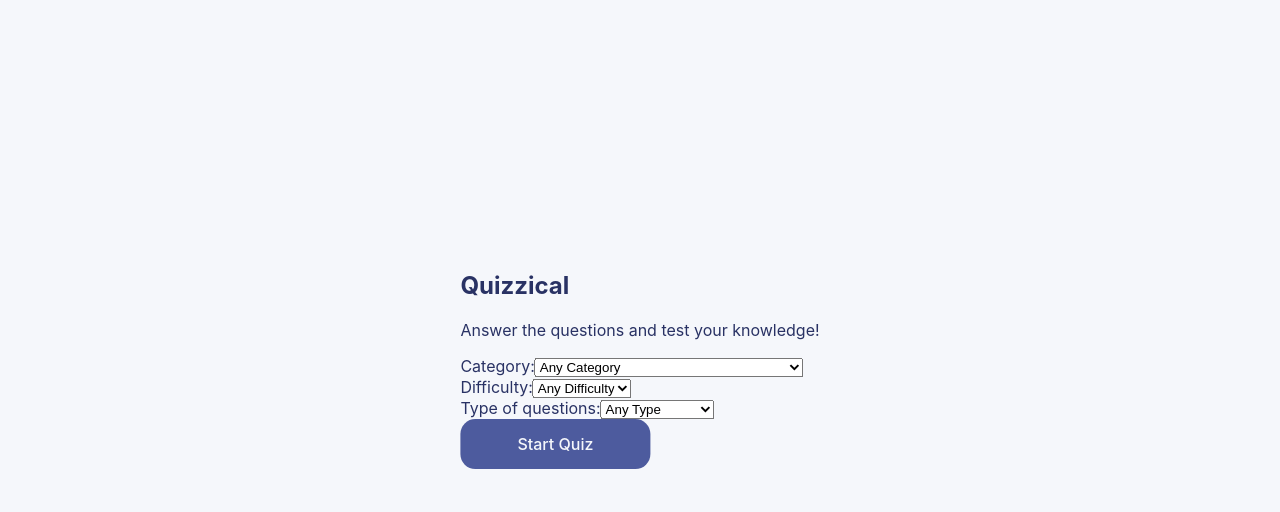
Repository: alexandruvisan19/Quizzical
Page: /
The author's editor kept a copy of each file at every save. The page is drawn from the files as they stood at one save, then again after a run of saves.
The browser window is 1280 px wide. The pictures show the whole page.
The project was rebuilt for these pictures with package versions that can differ from the ones it lists, and the page was loaded fresh each time. Also part of the build but not shown: src/components/QuestionsAndAnswers/QuestionsAndAnswers.css, src/components/Question/Question.css, src/components/Question/Question.tsx, src/services/getQuestions.tsx, src/components/QuestionsAndAnswers/QuestionsAndAnswers.tsx.

Above is the page before, as saved 2022-08-04 08:42:03.

### src/index.tsx
import React from "react";
import ReactDOM from "react-dom/client";
import "./index.css";
import App from "./App";
import reportWebVitals from "./reportWebVitals";

const root = ReactDOM.createRoot(document.getElementById("root") as HTMLElement);
root.render(<App />);

// If you want to start measuring performance in your app, pass a function
// to log results (for example: reportWebVitals(console.log))
// or send to an analytics endpoint. Learn more: https://bit.ly/CRA-vitals
reportWebVitals();

### src/index.css
body {
	margin: 0;
	font-family: -apple-system, BlinkMacSystemFont, "Segoe UI", "Roboto", "Oxygen", "Ubuntu", "Cantarell", "Fira Sans",
		"Droid Sans", "Helvetica Neue", sans-serif;
	-webkit-font-smoothing: antialiased;
	-moz-osx-font-smoothing: grayscale;
	background-color: #f5f7fb;
	color: #293264;
}

code {
	font-family: source-code-pro, Menlo, Monaco, Consolas, "Courier New", monospace;
}

.btn-primary {
	background-color: #4d5b9e;
	color: #f5f7fb;
	font-family: "Inter", sans-serif;
	font-weight: 500;
	font-size: 1em;
	border-radius: 15px;
	width: 190px;
	height: 50px;
	border: 0;
	cursor: pointer;
	z-index: 100;
}

.btn-primary:active {
	box-shadow: 3px 3px 10px 0px rgba(0, 0, 0, 0.75) inset;
}

### src/App.tsx
import React, { useEffect, useState } from "react";
import "./App.css";
import QuestionsAndAnswers from "./components/QuestionsAndAnswers/QuestionsAndAnswers";
import "react-toastify/dist/ReactToastify.css";
import { ToastContainer } from "react-toastify";

function App() {
	const [startQuiz, setStartQuiz] = useState(false);
	const [showNoQuestionsError, setShowNoQuestionsError] = useState(false);
	const [quizOptions, setQuizOptions] = useState({
		category: "",
		difficulty: "",
		type: "",
	});

	const startQuizHandler = () => setStartQuiz((prevStartQuiz) => !prevStartQuiz);

	const handleNoQuestionsError = (boolean: any) => setShowNoQuestionsError(boolean);

	const changeQuizHandler = (e: any) => {
		setQuizOptions((prevQuizOptions) => {
			return { ...prevQuizOptions, [e.target.name]: e.target.value };
		});
	};

	return (
		<>
			<div className="App">
				{startQuiz ? (
					<QuestionsAndAnswers
						quizOptions={quizOptions}
						startQuizHandler={startQuizHandler}
						handleNoQuestionsError={handleNoQuestionsError}
					/>
				) : (
					<section className="game-intro">
						<h1 className="game-title">Quizzical</h1>
						<p className="game-text">Answer the questions and test your knowledge!</p>

						{showNoQuestionsError && (
							<h2 className="noQuestions-text">Oops! We couldn't find any questions with these options!</h2>
						)}

						<div className="gameOptions-container">
							<div className="select-container">
								<label className="custom-label" htmlFor="category">
									Category:
								</label>

								<select onChange={changeQuizHandler} name="category" id="category" className="custom-select">
									<option value="">Any Category</option>
									<option value="9">General Knowledge</option>
									<option value="10">Entertainment: Books</option>
									<option value="11">Entertainment: Film</option>
									<option value="12">Entertainment: Music</option>
									<option value="13">Entertainment: Musicals &amp; Theatres</option>
									<option value="14">Entertainment: Television</option>
									<option value="15">Entertainment: Video Games</option>
									<option value="16">Entertainment: Board Games</option>
									<option value="17">Science &amp; Nature</option>
									<option value="18">Science: Computers</option>
									<option value="19">Science: Mathematics</option>
									<option value="20">Mythology</option>
									<option value="21">Sports</option>
									<option value="22">Geography</option>
									<option value="23">History</option>
									<option value="24">Politics</option>
									<option value="25">Art</option>
									<option value="26">Celebrities</option>
									<option value="27">Animals</option>
									<option value="28">Vehicles</option>
									<option value="29">Entertainment: Comics</option>
									<option value="30">Science: Gadgets</option>
									<option value="31">Entertainment: Japanese Anime &amp; Manga</option>
									<option value="32">Entertainment: Cartoon &amp; Animations</option>
								</select>
							</div>

							<div className="select-container">
								<label className="custom-label" htmlFor="difficulty">
									Difficulty:
								</label>

								<select onChange={changeQuizHandler} name="difficulty" id="difficulty" className="custom-select">
									<option value="">Any Difficulty</option>
									<option value="easy">Easy</option>
									<option value="medium">Medium</option>
									<option value="hard">Hard</option>
								</select>
							</div>

							<div className="select-container">
								<label className="custom-label" htmlFor="type">
									Type of questions:
								</label>

								<select onChange={changeQuizHandler} name="type" id="type" className="custom-select">
									<option value="">Any Type</option>
									<option value="multiple">Multiple Choice</option>
									<option value="boolean">True / False</option>
								</select>
							</div>
						</div>

						<button onClick={startQuizHandler} className="btn-primary">
							Start Quiz
						</button>
					</section>
				)}
			</div>
			<ToastContainer />
		</>
	);
}

export default App;

### src/App.css
.game-intro {
	position: absolute;
	top: 50%;
	left: 50%;
	margin-right: -50%;
	transform: translate(-50%, -50%);
	max-width: 800px;
}

.App-logo {
	height: 40vmin;
	pointer-events: none;
}

.container {
	text-align: center;
}

.container button {
	background-color: #4d5b9e;
	color: #fff;
	border-radius: 12px;
	border: none;
	padding: 15px 40px;
	font-size: 20px;
	cursor: pointer;
}

.container button:hover {
	background-color: #6070c4;
}

@media (prefers-reduced-motion: no-preference) {
	.App-logo {
		animation: App-logo-spin infinite 20s linear;
	}
}

.App-header {
	background-color: #282c34;
	min-height: 100vh;
	display: flex;
	flex-direction: column;
	align-items: center;
	justify-content: center;
	font-size: calc(10px + 2vmin);
	color: white;
}

.App-link {
	color: #61dafb;
}

@keyframes App-logo-spin {
	from {
		transform: rotate(0deg);
	}
	to {
		transform: rotate(360deg);
	}
}

Loaded but not shown: public/index.html (common file); src/reportWebVitals.ts (common file)

After the next 3 saves:
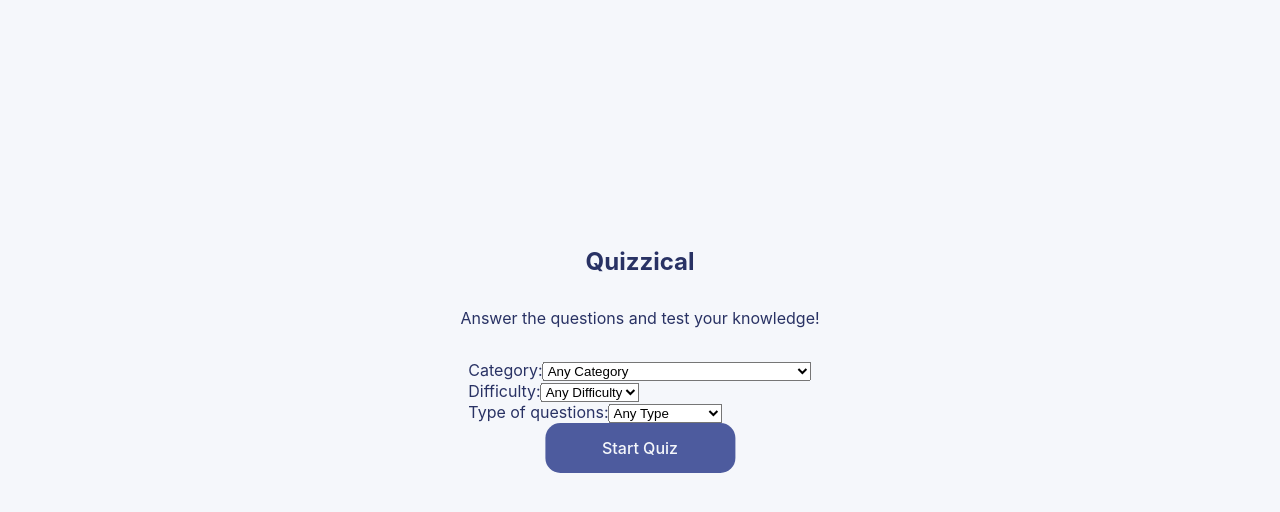
The 3 saves are shown as one change because they came seconds apart.
The last was saved 24 s later.
--- a/src/App.css
+++ b/src/App.css
@@ -7,11 +7,24 @@
 	max-width: 800px;
 }
 
-.App-logo {
-	height: 40vmin;
-	pointer-events: none;
+.game-intro {
+    height: 100vh;
+	display: flex;
+	flex-direction: column;
+	justify-content: center;
+	align-items: center;
 }
 
+.game-intro h1 {
+	margin: 0;
+}
+
+.game-intro p {
+	margin: 2em 0 2em 0;
+	font-family: "Inter", sans-serif;
+	font-weight: 400;
+	font-size: 1em;
+}
 .container {
 	text-align: center;
 }
